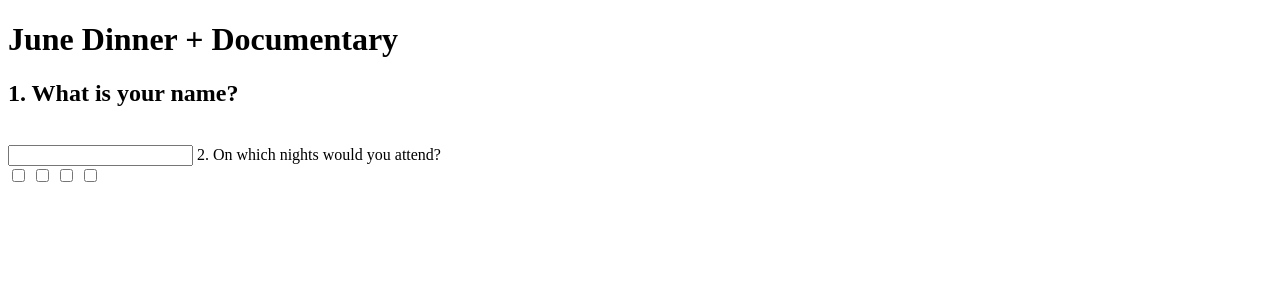
Repository: bhuhmann/event-survey
Page: survey.html
The author's editor kept a copy of each file at every save. The page is drawn from the files as they stood at one save, then again after the next save.
The browser window is 1280 px wide. The pictures show the whole page.

Above is the page before, as saved 2020-03-31 19:03:55.

After the next save:
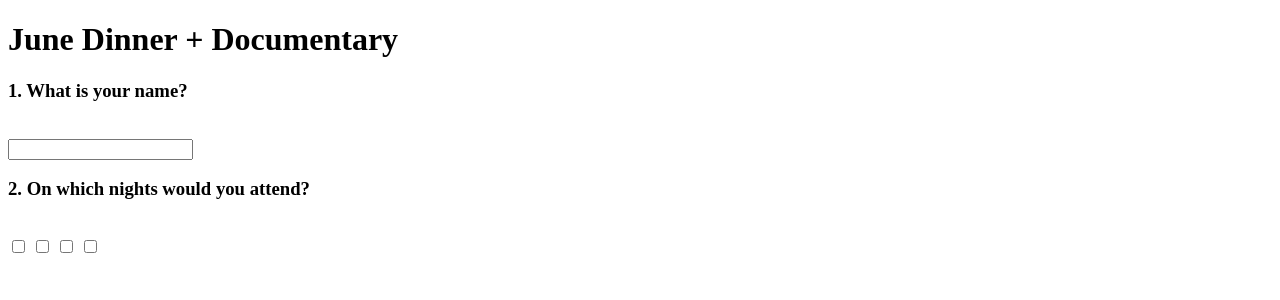
Saved 40 s later.
--- a/survey.html
+++ b/survey.html
@@ -9,10 +9,11 @@
         <form method="GET">
             <!--TODO: consider if further data validation would be useful-->
             <!--TODO: can I make automatic numbering happen so that I can easily reorder/add/remove questions?-->
-            <label for="name"><h2>1. What is your name?</h2></label>
+            <label for="name"><h3>1. What is your name?</h3></label>
             <br>
             <input id="name" type="text" name="name" required>
-            <label for="dates">2. On which nights would you attend?</label>
+            <br>
+            <label for="dates"><h3>2. On which nights would you attend?</h3></label>
             <br>
             <input id='dates' type="checkbox" name="dates" value="Saturday, June 6">
             <input id='dates' type="checkbox" name="dates" value="Saturday, June 13">
